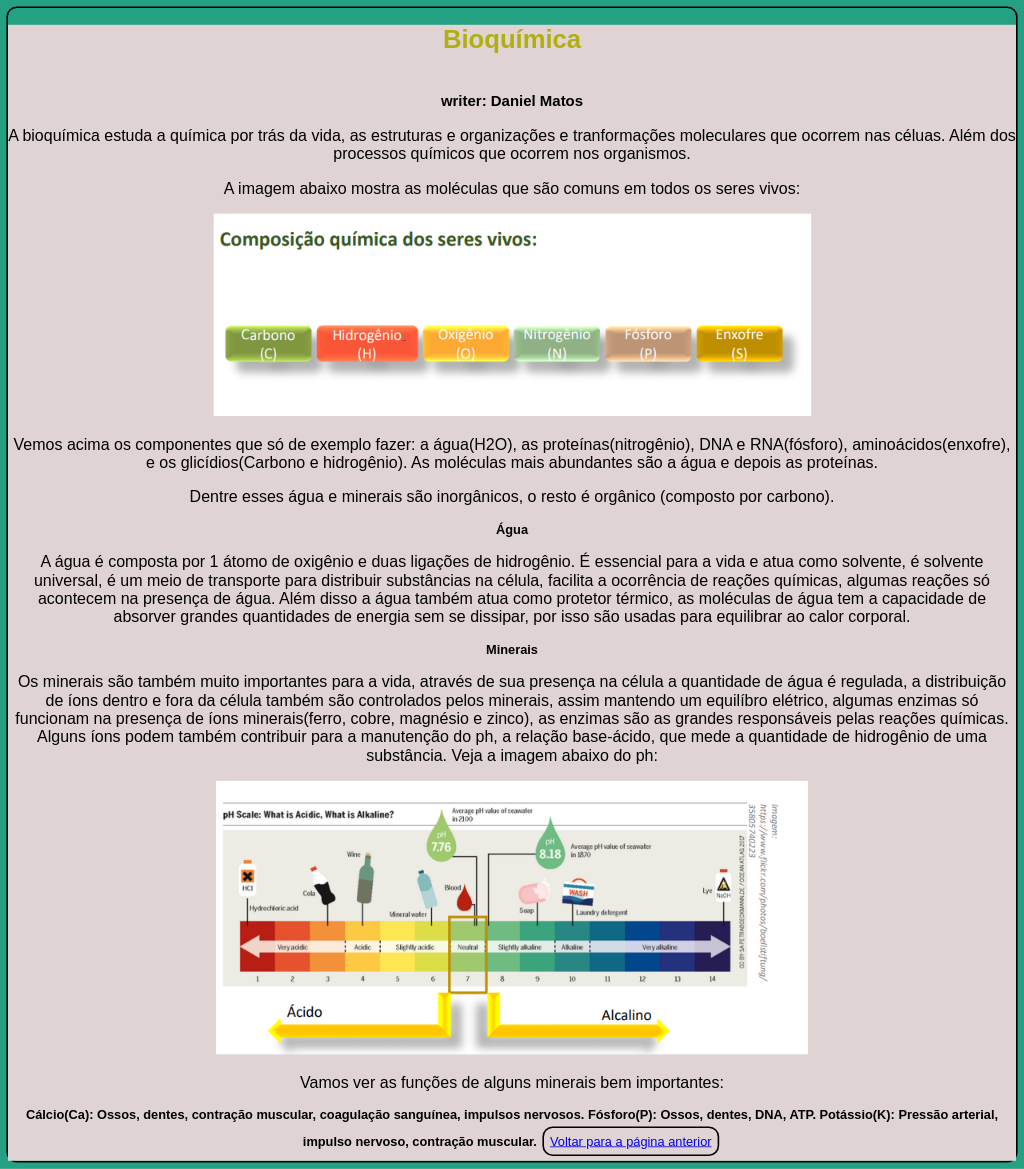
Repository: batmit/FutureFundation.github.io-1
Page: menu/articles/biologia/bioquimica.html
The author's editor kept a copy of each file at every save. The page is drawn from the files as they stood at one save, then again after the next save.
The browser window is 1280 px wide. The pictures show the whole page, at 80% of full size.

Above is the page before, as saved 2021-09-22 18:09:48.

### menu/articles/biologia/bioquimica.html
<!DOCTYPE html>
<html lang="pt-BR">
<head>
    <meta charset="UTF-8">
    <meta http-equiv="X-UA-Compatible" content="IE=edge">
    <meta name="viewport" content="width=device-width, initial-scale=1.0">
    <title>Bioquímica</title>
    <link rel="stylesheet" href="/menu/main.css">
</head>
<body>
    <div id="all">
        <header>
            <h1>Bioquímica</h1>
            <h3>writer: Daniel Matos</h3>
        </header>
        <p>A bioquímica estuda a química por trás da vida, as estruturas e organizações e tranformações moleculares que ocorrem nas céluas. Além dos processos químicos que ocorrem nos organismos.</p>
        <p>A imagem abaixo mostra as moléculas que são comuns em todos os seres vivos: </p>

        <img src="/images/formação_seres_vivos.PNG" alt="Carbono, Hidrogênio, Oxigênio, Nitrogênio, Fósforo e Enxofre">

        <p>Vemos acima os componentes que só de exemplo fazer: a água(H2O), as proteínas(nitrogênio), DNA e RNA(fósforo), aminoácidos(enxofre), e os glicídios(Carbono e hidrogênio). As moléculas mais abundantes são a água e depois as proteínas. </p>

        <p>Dentre esses água e minerais são inorgânicos, o resto é orgânico (composto por carbono). </p>


        <strong>Água</strong>
        <p>A água é composta por 1 átomo de oxigênio e duas ligações de hidrogênio. É essencial para a vida e atua como solvente, é solvente universal, é um meio de transporte para distribuir substâncias na célula, facilita a ocorrência de reações químicas, algumas reações só acontecem na presença de água. Além disso a água também atua como protetor térmico, as moléculas de água tem a capacidade de absorver grandes quantidades de energia sem se dissipar, por isso são usadas para equilibrar ao calor corporal.</p>

        <strong>Minerais</strong>
        <p>Os minerais são também muito importantes para a vida, através de sua presença na célula a quantidade de água é regulada, a distribuição de íons dentro e fora da célula também são controlados pelos minerais, assim mantendo um equilíbro elétrico, algumas enzimas só funcionam na presença de íons minerais(ferro, cobre, magnésio e zinco), as enzimas são as grandes responsáveis pelas reações químicas. Alguns íons podem também contribuir para a manutenção do ph, a relação base-ácido, que mede a quantidade de hidrogênio de uma substância. Veja a imagem abaixo do ph:</p>
        <img src="/images/ph.PNG" alt="tabela de oh">

        <p>Vamos ver as funções de alguns minerais bem importantes: </p>

        <strong>Cálcio(Ca): Ossos, dentes, contração muscular, coagulação sanguínea, impulsos nervosos. </strong>
        <strong>Fósforo(P): Ossos, dentes, DNA, ATP.</strong>
        <strong>Potássio(K): Pressão arterial, impulso nervoso, contração muscular.</strong>
        <strong></strong>


        <a href="./biologia.html">Voltar para a página anterior</a>
    </div>
</body>
</html>

### menu/main.css
body{

    text-align: center;

    border: black 2px solid;

    border-radius: 0.8rem;

    font-family: 'Ubuntu', arial;

    background-color: rgb(36, 161, 130);


}

#articles {
    gap: 3px;
}

#all{

    background-color: rgb(223, 211, 211);

}


#codigo{
    text-align:left;

}


img{
    text-align: center;
    justify-content: center;

}

p{
    font-size: 20px;
    font-family: 'Ubuntu', arial;
}

a{
    border: 2px solid black;

    border-radius: 0.8rem;

    box-sizing: border-box;

    padding: 0.5rem;

    line-height:3rem;

    margin: 2px;


}

a:hover{

    background-color:#F0FFFF;

}

h1{

    margin-bottom: 3rem;

    color: rgb(177, 174, 17);

}

audio {
    -webkit-transition:all 0.5s linear;
    -moz-transition:all 0.5s linear;
    -o-transition:all 0.5s linear;
    transition:all 0.5s linear;
    -moz-box-shadow: 2px 2px 4px 0px #006773;
    -webkit-box-shadow:  2px 2px 4px 0px #006773;
    box-shadow: 2px 2px 4px 0px #006773;
    -moz-border-radius:7px 7px 7px 7px ;
    -webkit-border-radius:7px 7px 7px 7px ;
    border-radius:7px 7px 7px 7px ;
}

audio:hover, audio:focus, audio:active {

-webkit-box-shadow: 15px 15px 20px rgba(0,0, 0, 0.4);
-moz-box-shadow: 15px 15px 20px rgba(0,0, 0, 0.4);
box-shadow: 15px 15px 20px rgba(0,0, 0, 0.4);
-webkit-transform: scale(1.05);
-moz-transform: scale(1.05);
transform: scale(1.05);

}



@media (max-width: 900px) {


    a{

        display: block;
        line-height: 0.5rem;
        padding: 1rem;

    }

    #img{
        text-align: right;
    }

}

@media (prefers-color-scheme: dark) {
    #all{

        background-color: rgb(90, 73, 73);

    }

    h1{
        color: white
    }

    p{
        color: white;
    }

    a{
        background-color: aqua;
    }

    h3{
        color: white;
    }

    strong {
        color: white;
    }


}

After the next save:
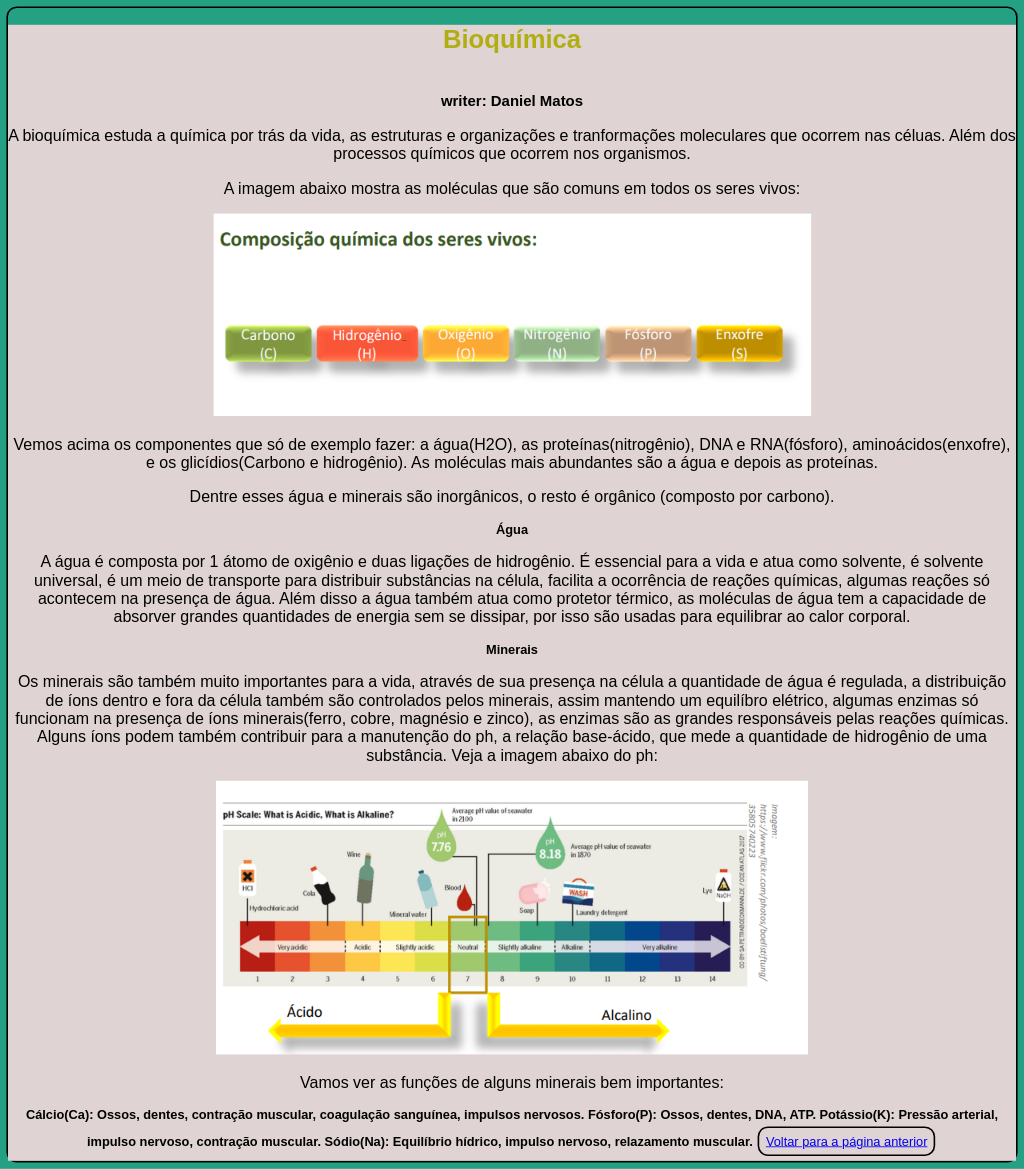
Saved 38 s later.
--- a/menu/articles/biologia/bioquimica.html
+++ b/menu/articles/biologia/bioquimica.html
@@ -35,6 +35,7 @@
         <strong>Cálcio(Ca): Ossos, dentes, contração muscular, coagulação sanguínea, impulsos nervosos. </strong>
         <strong>Fósforo(P): Ossos, dentes, DNA, ATP.</strong>
         <strong>Potássio(K): Pressão arterial, impulso nervoso, contração muscular.</strong>
+        <strong>Sódio(Na): Equilíbrio hídrico, impulso nervoso, relazamento muscular.</strong>
         <strong></strong>
 
 
